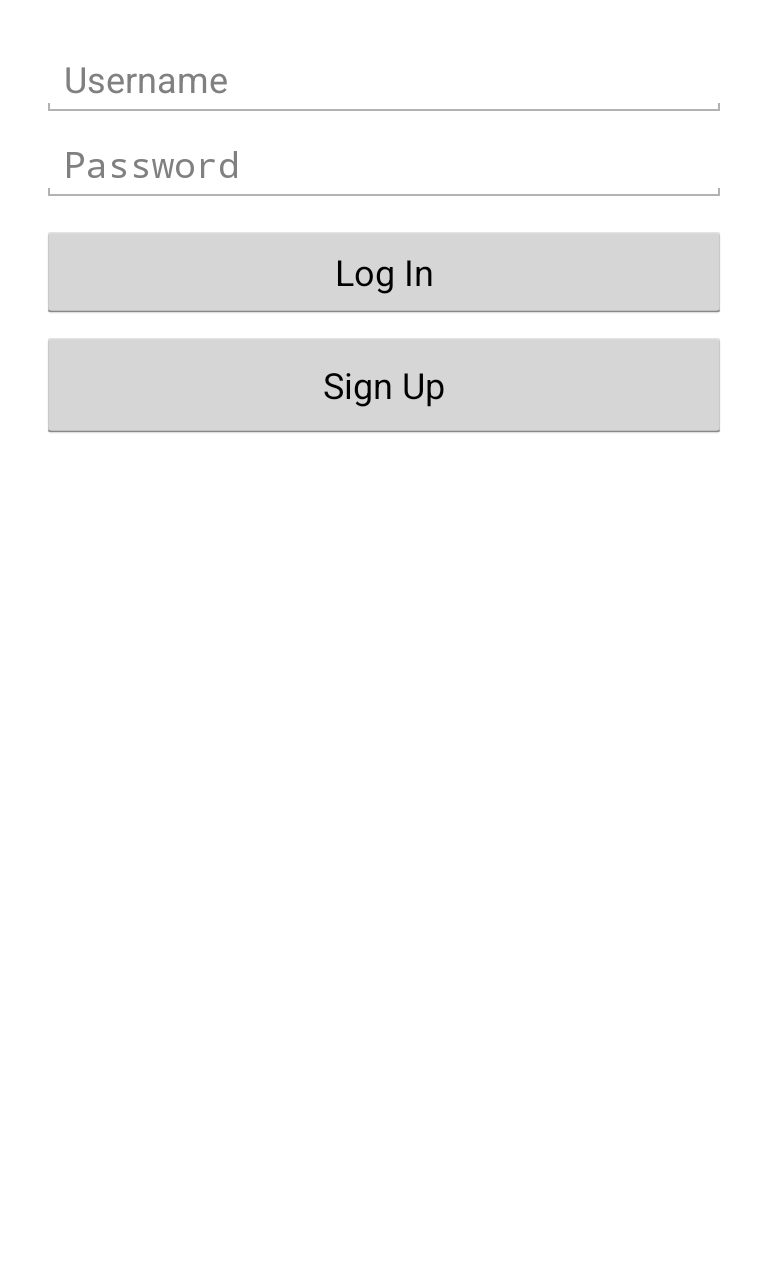
Repository: efreestone/CPM_Freestone
Layout: Project1Android/res/layout/activity_login.xml
An editor plug-in stored every save of this project. The layout is shown before and after the next save, followed by the edit.
It is drawn on a 768 x 1280 px phone screen (xhdpi) without system bars, with theme AppTheme; the app's code is not run.

Above is the layout before, as saved 2014-10-02 01:08:13.

### Project1Android/res/layout/activity_login.xml
<RelativeLayout xmlns:android="http://schemas.android.com/apk/res/android"
    android:layout_width="fill_parent"
    android:layout_height="fill_parent"
    android:orientation="vertical"
    android:padding="20dp" >

    <EditText
        android:id="@+id/usernameEditText"
        android:layout_width="fill_parent"
        android:layout_height="wrap_content"
        android:hint="@string/usernameTitleText"
        android:inputType="text" />

    <EditText
        android:id="@+id/passwordEditText"
        android:layout_width="fill_parent"
        android:layout_height="wrap_content"
        android:layout_below="@id/usernameEditText"
        android:paddingTop="10dp"
        android:hint="@string/passwordTitleText"
        android:inputType="textPassword" />

    <Button
        android:id="@+id/loginButton"
        android:layout_width="fill_parent"
        android:layout_height="wrap_content"
        android:layout_below="@id/passwordEditText"
        android:layout_marginTop="10dp"
        android:text="@string/loginButtonText" />

    <Button
        android:id="@+id/signupButton"
        android:layout_width="fill_parent"
        android:layout_height="55dp"
        android:layout_below="@id/loginButton"
        android:layout_marginTop="5dp"
        android:text="@string/signupButtonText" />

</RelativeLayout>

### Project1Android/res/values/strings.xml
<?xml version="1.0" encoding="utf-8"?>
<resources>

    <string name="app_name">Project1Android</string>
    <string name="hello_world">Hello world!</string>
    <string name="action_settings">Settings</string>
    <string name="newPlusButton">New Client</string>
    <string name="logoutButtonText">Log Out</string>

    <string name="loginButtonText">Log In</string>
    <string name="signupButtonText">Sign Up</string>

    <string name="usernameTitleText">Username</string>
    <string name="passwordTitleText">Password</string>
</resources>

Loaded but not shown: Project1Android/res/values/styles.xml (common file); Project1Android/res/values-v11/styles.xml (common file); Project1Android/res/values-v14/styles.xml (common file)

After the next save:
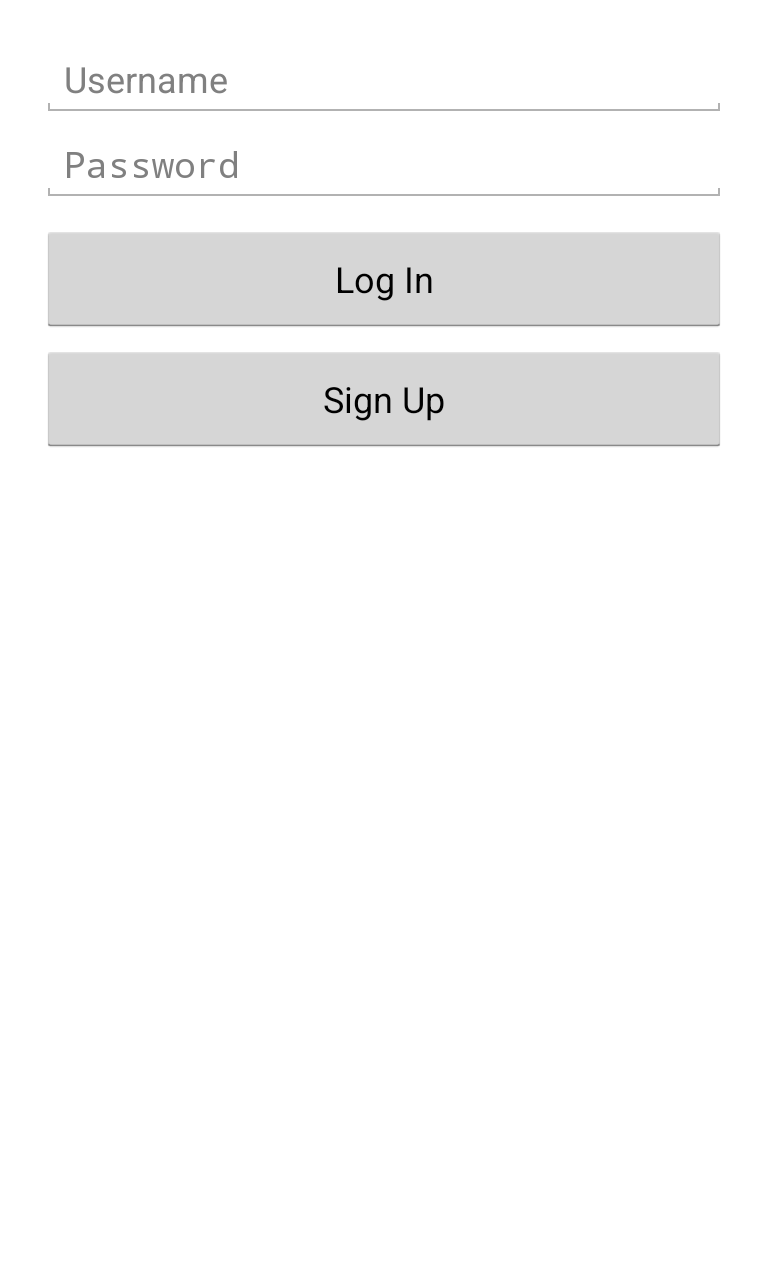
Saved 18 s later.
--- a/Project1Android/res/layout/activity_login.xml
+++ b/Project1Android/res/layout/activity_login.xml
@@ -23,7 +23,7 @@
     <Button
         android:id="@+id/loginButton"
         android:layout_width="fill_parent"
-        android:layout_height="wrap_content"
+        android:layout_height="55dp"
         android:layout_below="@id/passwordEditText"
         android:layout_marginTop="10dp"
         android:text="@string/loginButtonText" />
